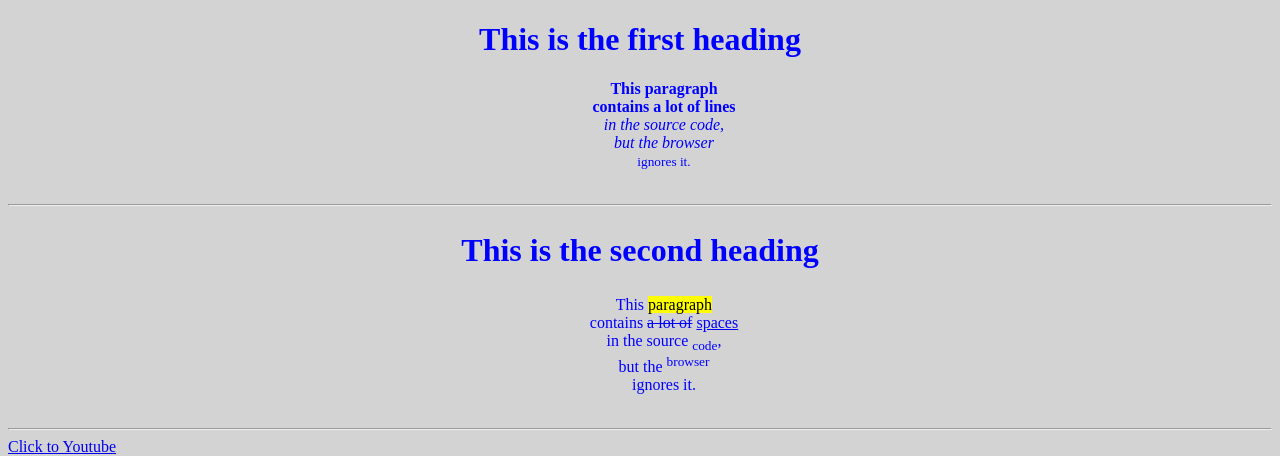
Repository: zRush1202/LoginPage-demo
Page: ex_html/index.html
An editor plug-in stored every save of this project. The page is shown before and after the next save, followed by the edit.
The browser window is 1280 px wide. The pictures show the part of the page from y = 0 to 456 px (the page is 720 px tall before and 847 px after).
Pictures or frames that could not be fetched are drawn as grey boxes.

Above is the page before, as saved 2023-09-06 17:41:00.

After the next save:
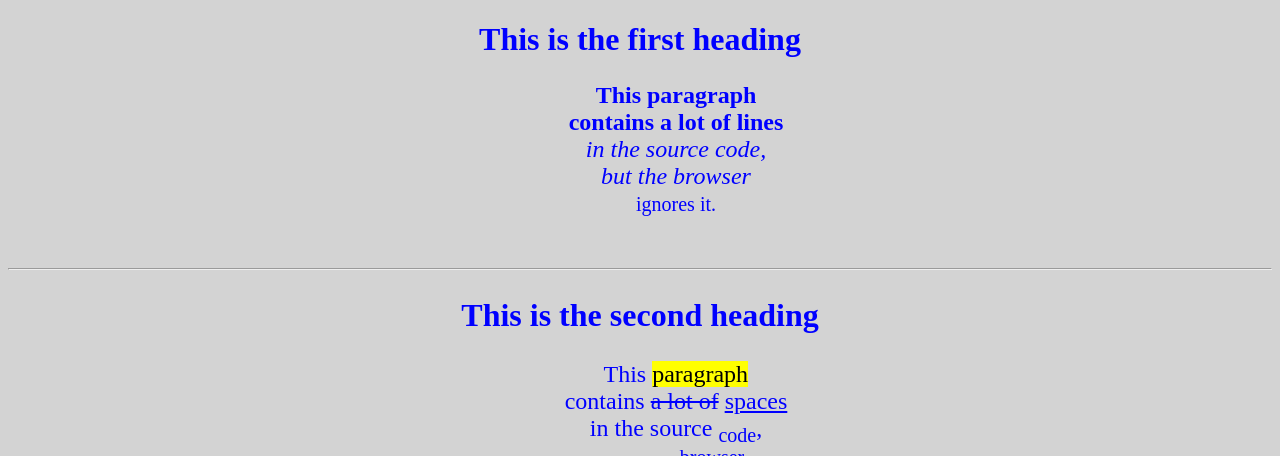
Saved 21 s later.
--- a/ex_html/style.css
+++ b/ex_html/style.css
@@ -16,11 +16,13 @@ body {
   p {
     color: blue;
     text-align: center;
+    font-size: 150%;
+    font-family: 'Times New Roman', Times, serif;
   }
 
   pre {
     color: blue;
     text-align: center;
-    font-size: 100%;
+    font-size: 150%;
     font-family: 'Times New Roman', Times, serif;
   }
